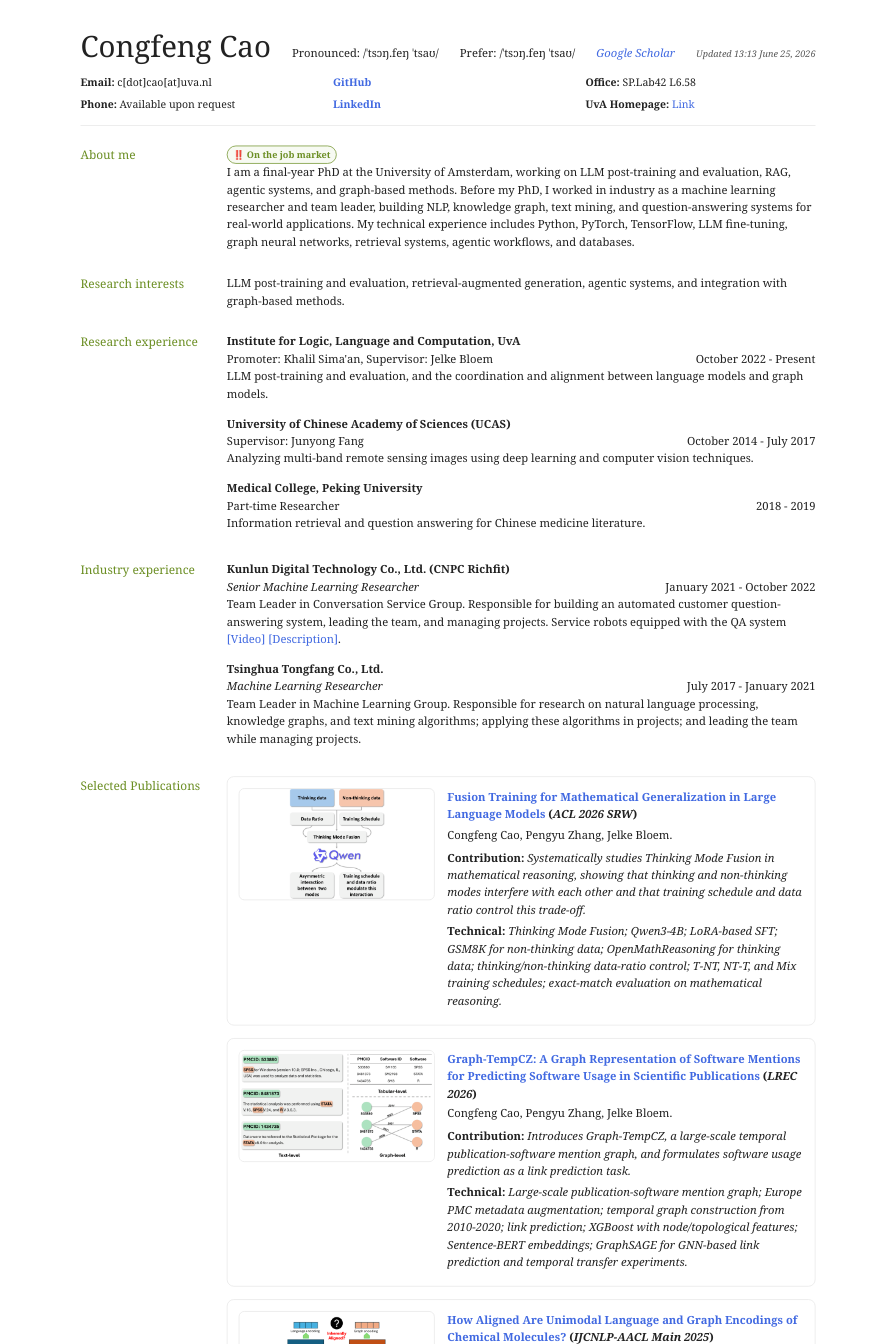
Repository: caocongfeng/caocongfeng.github.io
Page: index.html
An editor plug-in stored every save of this project. The page is shown before and after a run of saves, followed by the edit.
The browser window is 1280 px wide. The pictures show the part of the page from y = 0 to 1920 px (the page is 4752 px tall), at 70% of full size.

Above is the page before, as saved 2026-06-25 13:16:52.

After the next 2 saves:
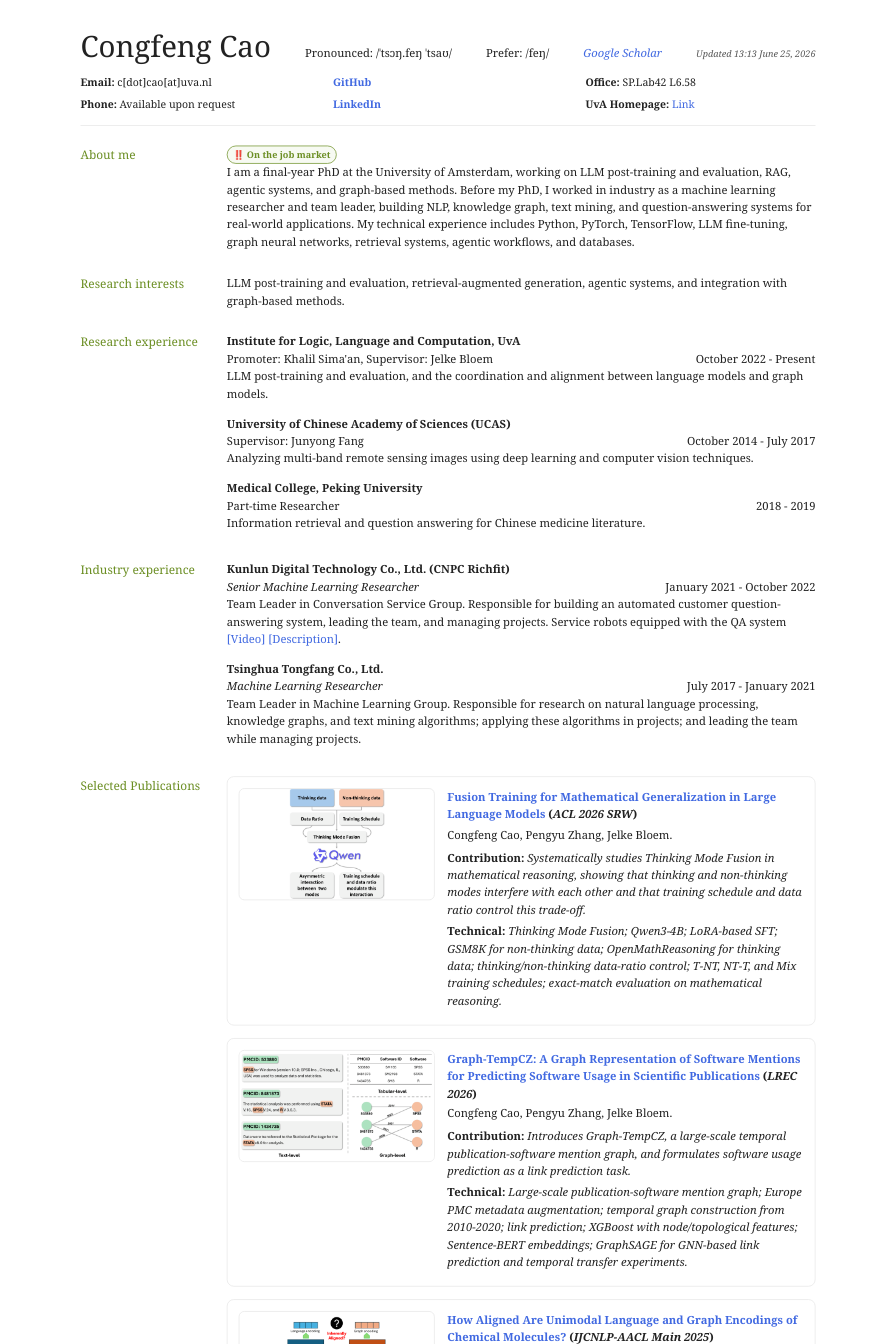
The 2 saves are shown as one change because they came seconds apart.
The last was saved 8 s later.
--- a/index.html
+++ b/index.html
@@ -329,7 +329,7 @@
         <!-- <h1></h1> -->
         <h1>Congfeng Cao</h1>
         <div class="pronunciation">Pronounced: /ˈtsɔŋ.feŋ ˈtsaʊ/</div>
-        <div class="pronunciation">Prefer: /ˈtsɔŋ.feŋ ˈtsaʊ/</div>
+        <div class="pronunciation">Prefer: /feŋ/</div>
         <div class="pronunciation"><i><a href="https://scholar.google.com/citations?user=qypJhesAAAAJ&hl=en">Google Scholar</a></i></div>
         <div class="updated">Updated 13:13 June 25, 2026</div>
       </div>
